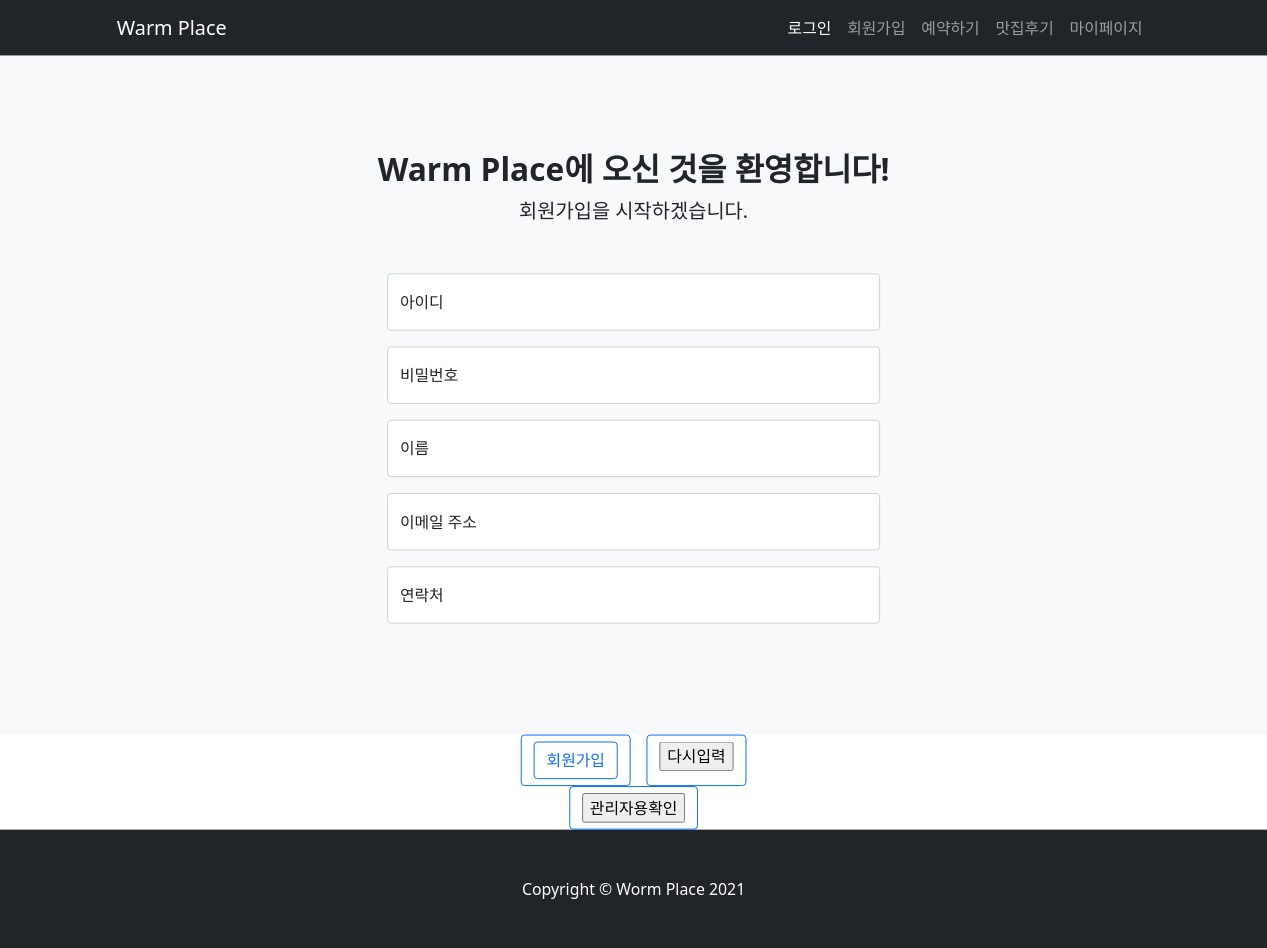
Repository: jaunnnngs/HackaTone
Page: http://localhost/StunProjects/St_Join/st_userJoin.jsp
The author's editor kept a copy of each file at every save. The page is drawn from the files as they stood at one save, then again after the next save.
The browser window is 1280 px wide. The pictures show the whole page, at 99% of full size.
Some web libraries are served in a nearby version. The page is served by Tomcat 9.

Above is the page before, as saved 2021-08-02 07:46:31.

After the next save:
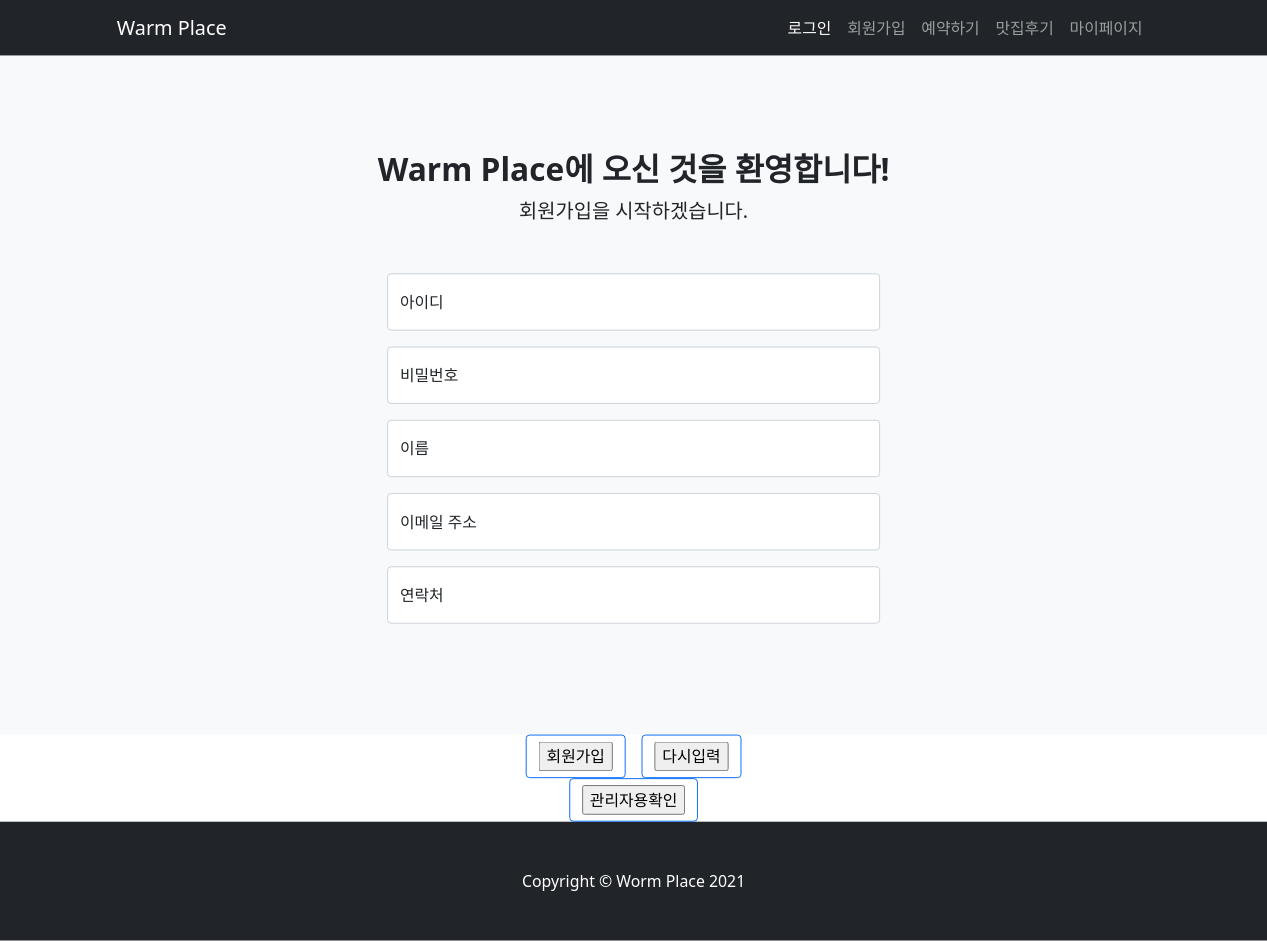
Saved 17 s later.
--- a/STUN_TEAM/StunProjects/src/main/webapp/St_Join/st_userJoin.jsp
+++ b/STUN_TEAM/StunProjects/src/main/webapp/St_Join/st_userJoin.jsp
@@ -134,7 +134,7 @@
                             <div class="d-none" id="submitErrorMessage"><div class="text-center text-danger mb-3">Error sending message!</div></div>
                             <!--마지막 버튼!  -->
                             <div class="d-grid gap-3 d-sm-flex justify-content-sm-center">
-							<a class="btn btn-outline-primary"><input class="btn btn-outline-primary" type="submit" value="회원가입">
+							<a class="btn btn-outline-primary"><input type="submit" value="회원가입">
 							<a class="btn btn-outline-primary"><input type="reset" value="다시입력"></a></div>
 
 		</form>
